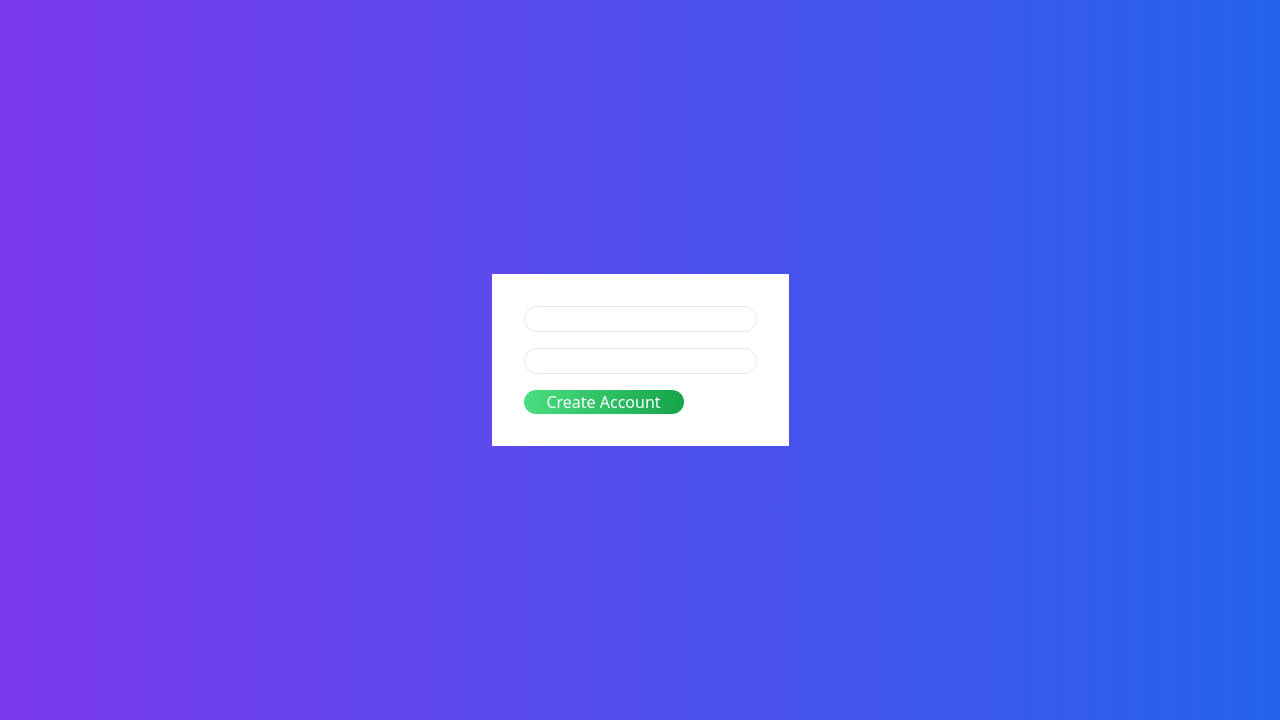
Repository: Velkan33/ReactTypescript
Page: /
These files come from the project's save history. The page is drawn as it stood at one moment and after the next save; the edit follows.
The browser window is 1280 px wide. The pictures show the whole page.
The project was rebuilt for these pictures with package versions that can differ from the ones it lists, and the page was loaded fresh each time. Also part of the build but not shown: vite.config.ts.

Above is the page before, as saved 2023-04-05 05:48:41.

### index.html
<!DOCTYPE html>
<html lang="en">
 <head>
  <meta charset="UTF-8" />
  <link rel="icon" type="image/svg+xml" href="/vite.svg" />
  <link rel="stylesheet" href="/src/styles/output.css" />
  <link rel="preconnect" href="https://fonts.googleapis.com" />
  <link rel="preconnect" href="https://fonts.gstatic.com" crossorigin />
  <link
   href="https://fonts.googleapis.com/css2?family=Permanent+Marker&display=swap"
   rel="stylesheet"
  />
  <meta name="viewport" content="width=device-width, initial-scale=1.0" />
  <title>Vite + React + TS</title>
 </head>
 <body>
  <div id="root"></div>
  <script type="module" src="/src/main.tsx"></script>
 </body>
</html>

### src/main.tsx
import React from 'react';
import ReactDOM from 'react-dom/client';
import App from './App';

ReactDOM.createRoot(document.getElementById('root') as HTMLElement).render(
 <React.StrictMode>
  <App />
 </React.StrictMode>
);

### src/App.tsx
import React from 'react';

import UserFetchApp from './999_Diario_React/DummyJSONFetchUsers/UserFetchApp';
import LogginApp from './999_Diario_React/DummyJSONLoggin/LoginApp';

function App() {
 const SongFinderStyle =
  'h-full w-full bg-gradient-to-l from-blue-600 to-violet-600 text-white';
 return (
  <div className={SongFinderStyle}>
   {/* <CrudApi5A /> */}
   {/* <SongSearch /> */}
   {/* <UserFetchApp /> */}
   <LogginApp />
  </div>
 );
}

export default App;

### src/999_Diario_React/DummyJSONLoggin/LoginApp.tsx
import React from 'react';
import LoginCard from './LoginCard';

export default function LogginApp() {
 return (
  <div className="h-screen grid place-items-center">
   <LoginCard />
  </div>
 );
}

### src/999_Diario_React/DummyJSONLoggin/LoginCard.tsx
import React from 'react';

export default function LoginCard() {
 return (
  <div className="bg-white text-gray-800 p-8">
   <form className="grid gap-4">
    <input type="text" className="rounded-full border" />
    <input type="text" className="border rounded-full" />
    <input
     type="submit"
     value="Create Account"
     className="bg-gradient-to-r from-green-400 to-green-600 text-white w-[10rem]  rounded-full "
    />
   </form>
  </div>
 );
}

Loaded but not shown: src/styles/output.css (1915 lines, source omitted)

After the next save:
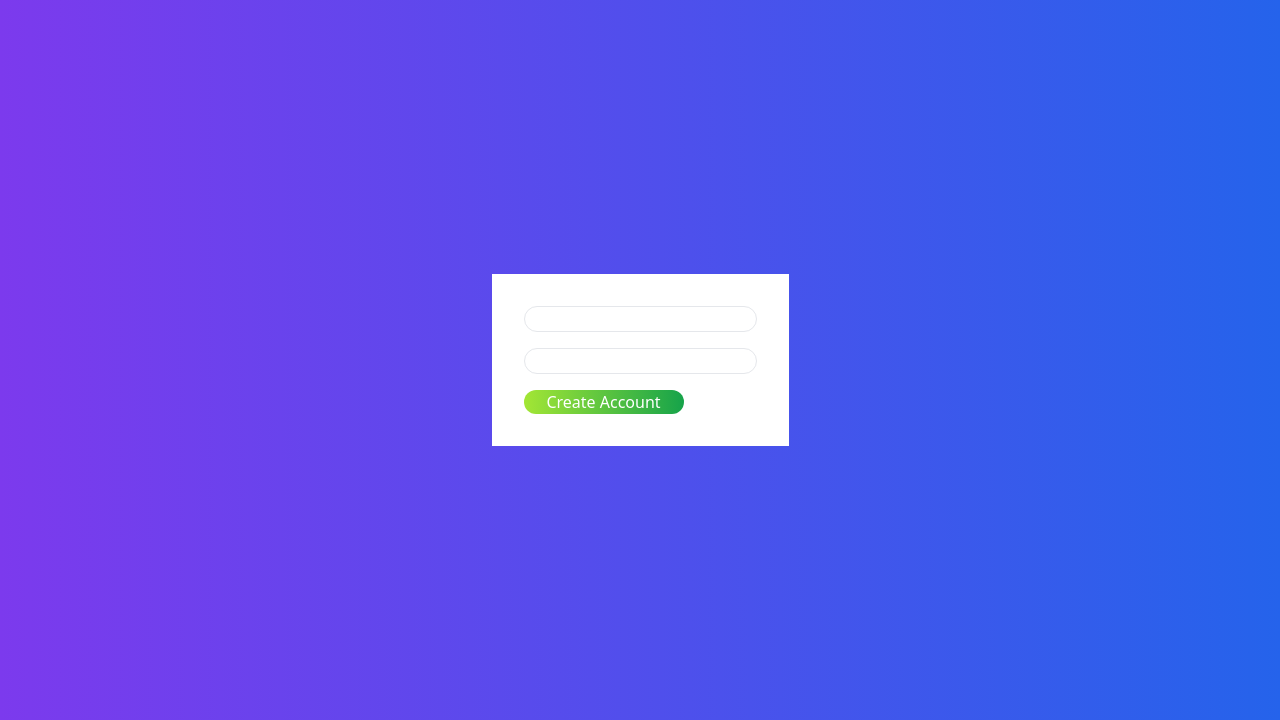
Saved 103 s later.
--- a/src/999_Diario_React/DummyJSONLoggin/LoginCard.tsx
+++ b/src/999_Diario_React/DummyJSONLoggin/LoginCard.tsx
@@ -9,7 +9,7 @@ export default function LoginCard() {
     <input
      type="submit"
      value="Create Account"
-     className="bg-gradient-to-r from-green-400 to-green-600 text-white w-[10rem]  rounded-full "
+     className="bg-gradient-to-r from-lime-400 to-green-600 text-white w-[10rem]  rounded-full "
     />
    </form>
   </div>
